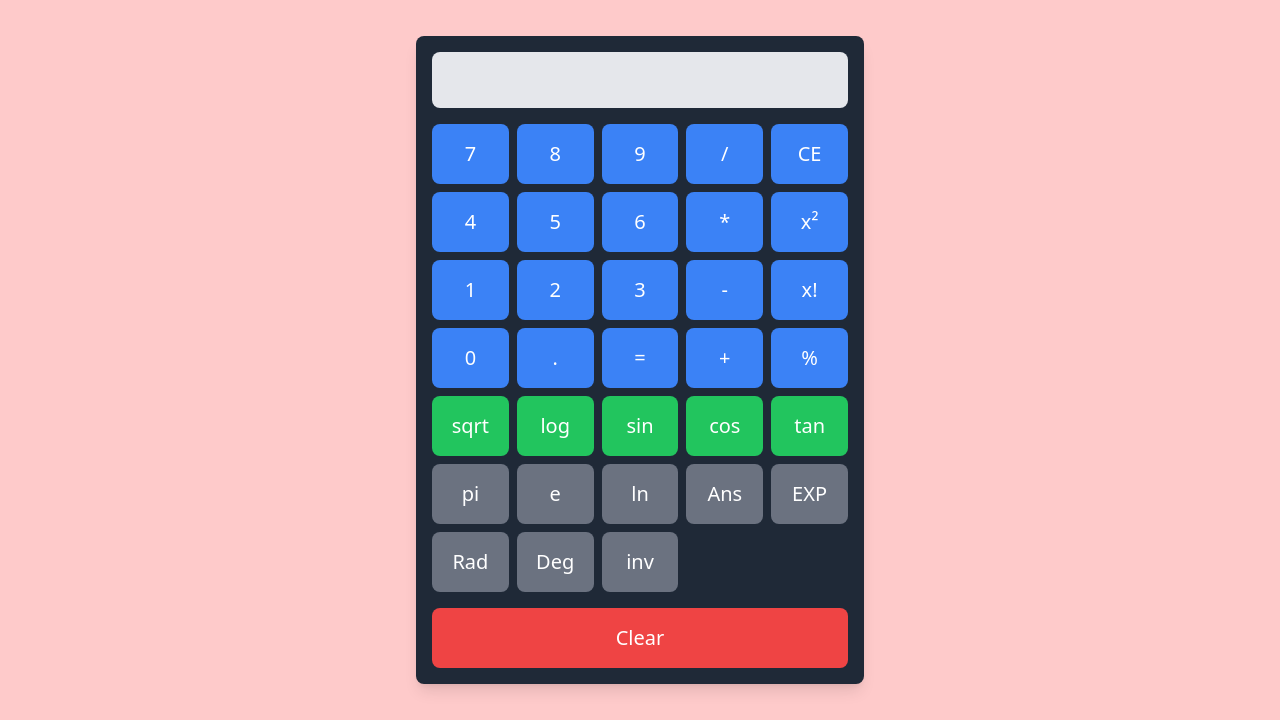
Repository: Sirinegaddour11/Calculator-App
Page: /
These files come from the project's save history. The page is drawn as it stood at one moment and after the next save; the edit follows.
The browser window is 1280 px wide. The pictures show the whole page.
The project was rebuilt for these pictures with package versions that can differ from the ones it lists, and the page was loaded fresh each time. The framework's server and built-in components were replaced by stand-ins that run in the browser. Also part of the build but not shown: next.config.mjs.

Above is the page before, as saved 2024-09-16 17:38:22.

### app/layout.tsx
import type { Metadata } from "next";
import "./globals.css";

export const metadata: Metadata = {
  title: "Calculator App",
  description: "Generated by me",
};

export default function RootLayout({
  children,
}: Readonly<{
  children: React.ReactNode;
}>) {
  return (
    <html lang="en">
      <body className="bg-red-200">{children}</body>
    </html>
  );
}

### app/page.tsx
import Calculator from "@/components/calculator";
import Image from "next/image";

export default function Home() {
  return (
    <div>
      <Calculator />
    </div>
  );
}

### app/globals.css
@tailwind base;
@tailwind components;
@tailwind utilities;

.dark .three-d {
  text-shadow: 0px 5px 0px #533519;
}
.three-d {
  text-shadow: none;
}
.dark .simplebar-scrollbar ::before {
 background-color: rgb(216, 217, 231);
}

### components/calculator.tsx
"use client";
import React, { useState } from "react";
import { evaluate, pi, exp, ln, factorial } from "mathjs";

const Calculator: React.FC = () => {
  const [expression, setExpression] = useState<string>("");
  const [lastResult, setLastResult] = useState<string>("");

  const handleButtonClick = (value: string) => {
    switch (value) {
      case "pi":
        setExpression((prev) => prev + pi.toString());
        break;
      case "e":
        setExpression((prev) => prev + exp(1).toString());
        break;
      case "Ans":
        setExpression((prev) => prev + lastResult);
        break;
      case "ln":
        setExpression((prev) => prev + "ln(");
        break;
      case "x!":
        setExpression((prev) => prev + "factorial(");
        break;
      case "%":
        setExpression((prev) => prev + "/100");
        break;
      case "inv":
        setExpression((prev) => prev + "^(-1)");
        break;
      case "EXP":
        setExpression((prev) => prev + "*10^");
        break;
      case "CE":
        setExpression((prev) => prev.slice(0, -1));
        break;
      case "x²":
        setExpression((prev) => prev + "^2");
        break;
      default:
        if (["sqrt", "log", "sin", "cos", "tan", "^"].includes(value)) {
          setExpression((prev) => prev + value + "(");
        } else if (value === ")") {
          setExpression((prev) => prev + value);
        } else {
          setExpression((prev) => prev + value);
        }
        break;
    }
  };

  const handleCalculate = () => {
    try {
      const result = evaluate(expression);
      setLastResult(result.toString());
      setExpression(result.toString());
    } catch (error) {
      setExpression("Error");
    }
  };

  const handleClear = () => {
    setExpression("");
    setLastResult("");
  };

  return (
    <div className="flex justify-center items-center h-screen p-4">
      <div className="max-w-md w-full bg-gray-800 rounded-lg shadow-lg p-4">
        <input
          type="text"
          className="w-full mb-4 p-3 text-2xl text-right bg-gray-200 rounded-lg"
          value={expression}
          readOnly
        />
        <div className="grid grid-cols-5 gap-2">
          {/* Ligne 1 */}
          {["7", "8", "9", "/", "CE"].map((value, index) => (
            <button
              key={index}
              className="p-4 bg-blue-500 text-white rounded-lg hover:bg-blue-600 text-xl"
              onClick={() =>
                value === "CE"
                  ? handleButtonClick(value)
                  : handleButtonClick(value)
              }
            >
              {value}
            </button>
          ))}
          {/* Ligne 2 */}
          {["4", "5", "6", "*", "x²"].map((value, index) => (
            <button
              key={index}
              className="p-4 bg-blue-500 text-white rounded-lg hover:bg-blue-600 text-xl"
              onClick={() => handleButtonClick(value)}
            >
              {value}
            </button>
          ))}
          {/* Ligne 3 */}
          {["1", "2", "3", "-", "x!"].map((value, index) => (
            <button
              key={index}
              className="p-4 bg-blue-500 text-white rounded-lg hover:bg-blue-600 text-xl"
              onClick={() => handleButtonClick(value)}
            >
              {value}
            </button>
          ))}
          {/* Ligne 4 */}
          {["0", ".", "=", "+", "%"].map((value, index) => (
            <button
              key={index}
              className="p-4 bg-blue-500 text-white rounded-lg hover:bg-blue-600 text-xl"
              onClick={() =>
                value === "=" ? handleCalculate() : handleButtonClick(value)
              }
            >
              {value}
            </button>
          ))}
          {/* Ligne 5 (fonctions scientifiques) */}
          {["sqrt", "log", "sin", "cos", "tan"].map((func, index) => (
            <button
              key={index}
              className="p-4 bg-green-500 text-white rounded-lg hover:bg-green-600 text-xl"
              onClick={() => handleButtonClick(func)}
            >
              {func}
            </button>
          ))}
          {/* Ligne 6 (fonctions supplémentaires) */}
          {["pi", "e", "ln", "Ans", "EXP", "Rad", "Deg", "inv"].map(
            (func, index) => (
              <button
                key={index}
                className="p-4 bg-gray-500 text-white rounded-lg hover:bg-gray-600 text-xl"
                onClick={() => handleButtonClick(func)}
              >
                {func}
              </button>
            )
          )}
        </div>
        <button
          className="mt-4 w-full p-4 bg-red-500 text-white rounded-lg hover:bg-red-600 text-xl"
          onClick={handleClear}
        >
          Clear
        </button>
      </div>
    </div>
  );
};

export default Calculator;

Loaded but not shown: tailwind.config.ts (common file)

After the next save:
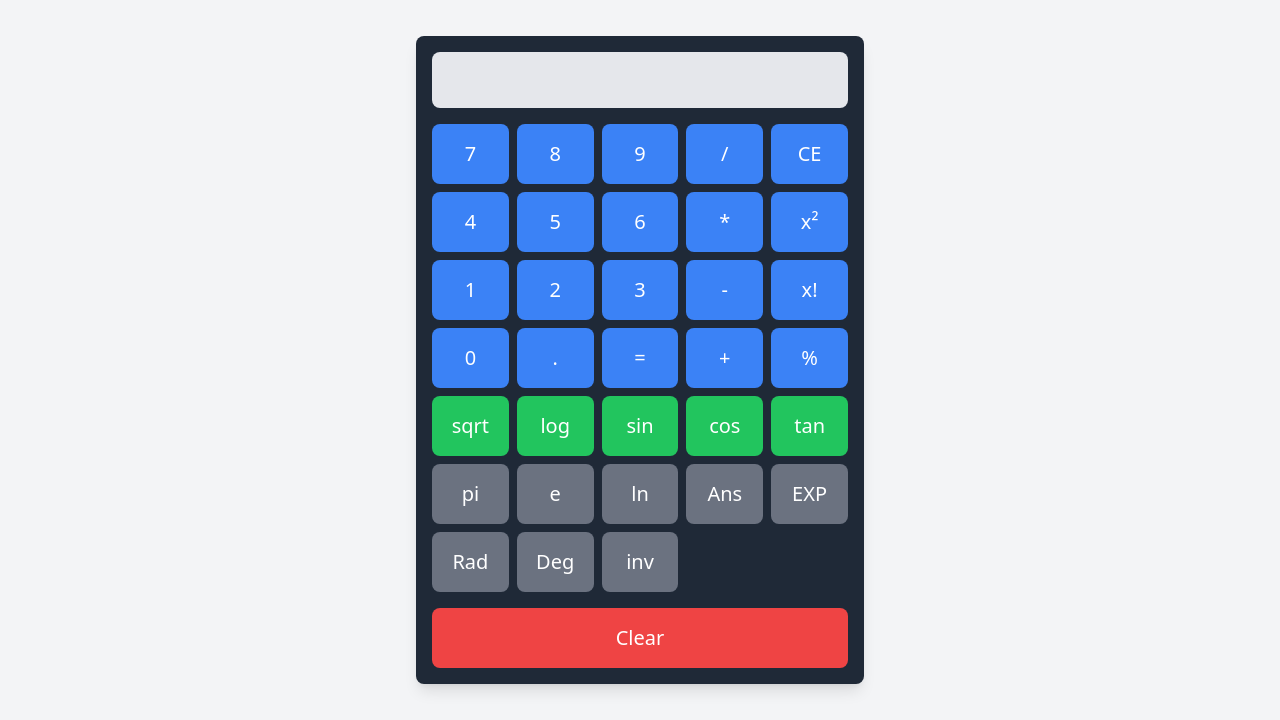
Saved 6 min 0 s later.
--- a/components/calculator.tsx
+++ b/components/calculator.tsx
@@ -66,7 +66,7 @@ const Calculator: React.FC = () => {
   };
 
   return (
-    <div className="flex justify-center items-center h-screen p-4">
+    <div className="flex justify-center items-center h-screen p-4 bg-gray-100">
       <div className="max-w-md w-full bg-gray-800 rounded-lg shadow-lg p-4">
         <input
           type="text"
